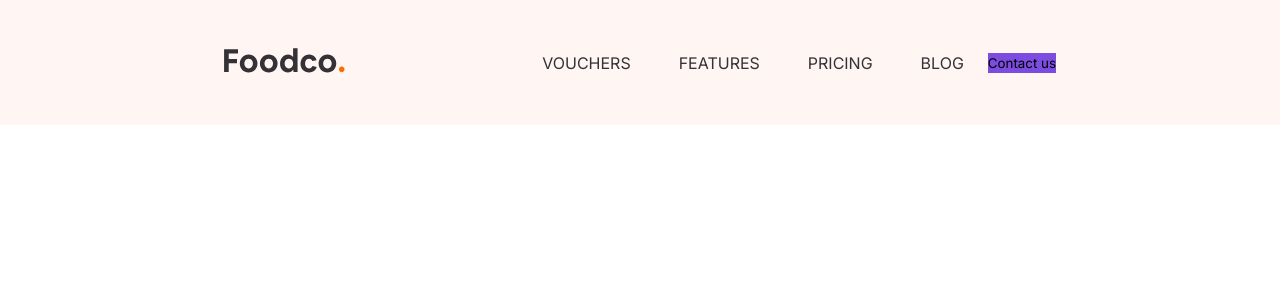
Repository: badhon252/Foodco
Page: index.html
The author's editor kept a copy of each file at every save. The page is drawn from the files as they stood at one save, then again after the next save.
The browser window is 1280 px wide. The pictures show the whole page.
The style sheet was rebuilt from its Sass, Less or Tailwind sources for each picture, by a compiler version that may differ from the author's.

Above is the page before, as saved 2022-09-15 14:52:03.

After the next save:
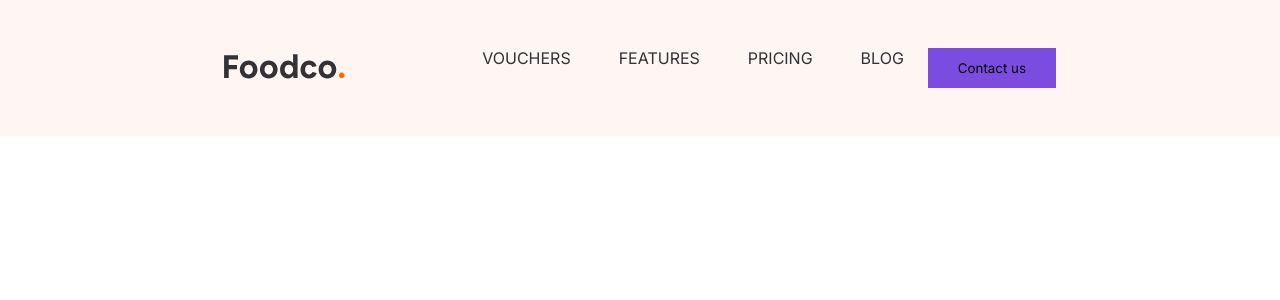
Saved 12 s later.
--- a/scss/style.scss
+++ b/scss/style.scss
@@ -43,6 +43,7 @@
 .btn {
   outline: none;
   border: none;
+  padding: 12px 30px;
 }
 li {
   list-style-type: none;
